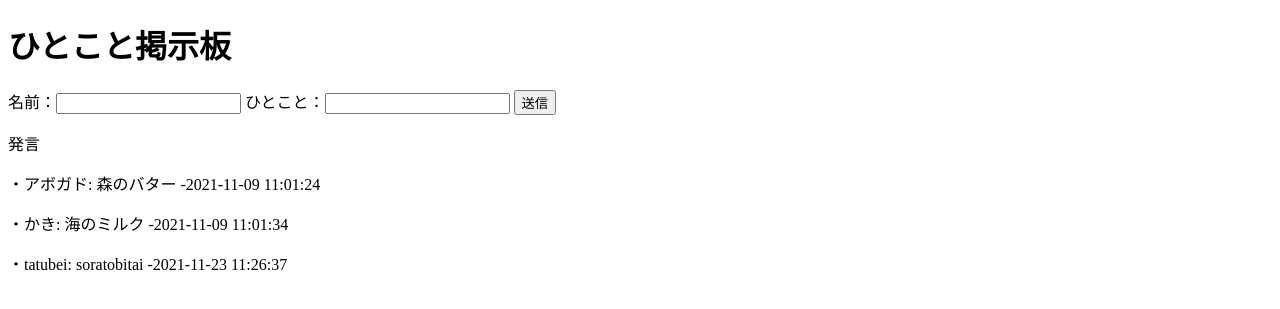
Repository: tppei/PHP
Page: http://localhost/htdocs/bbs.php
The author's editor kept a record of every edit. The page is drawn from the files as they stood at one moment, then again after the next edit.
The browser window is 1280 px wide. The pictures show the whole page.
The page is run by PHP 8.4 with error messages shown; the project is at /var/www/html/.

Above is the page before.

### htdocs/bbs.php
<?php
$filename = "./bbs.txt";
$comment = "";
$name = "";
$date = date('Y-m-d H:i:s');

    if ($_SERVER['REQUEST_METHOD'] === 'POST'){

         if(isset($_POST['name'])){
            if(mb_strlen($_POST['name']) <= 20 && mb_strlen($_POST['name']) != 0){
                $name = $_POST['name'];
            }else if(mb_strlen($_POST['name']) > 20){
                $error_name = "!!名前は文字数を20文字以下にしてください!!"."\n";
                print $error_name;
            }else if(mb_strlen($_POST['name']) === 0){
                $error_noname ="!!名前を入力してください!!"."\n";
                print $error_noname;
            }
        }

        if(isset($_POST['hitokoto'])){

            if(mb_strlen($_POST['hitokoto']) <= 100 && mb_strlen($_POST['hitokoto']) != 0){
                $comment = $_POST['hitokoto'];
            }else if(mb_strlen($_POST['hitokoto']) > 100 ){
                $error_comment = "!!コメントは文字数を100文字以下にしてください!!"."\n";
                print $error_comment;
            }else if(mb_strlen($_POST['hitokoto']) === 0){
                $error_nocomment = "!!コメントを入力してください!!"."\n";
                print $error_nocomment;
            }
        }


    }

    if($comment && $name){
        $hatugen = $name.":"."\t".$comment."\t".'-'.$date."\n";
        $fp = fopen($filename,'a');
            if($fp){
                if(!fwrite($fp,$hatugen)){
                print 'ファイル書き込み失敗: ';
                }
            fclose($fp);
            }
    }

$data =[];

    if(is_readable($filename)){
        $fp = fopen($filename,"r");
        if($fp){
            while(($tmp=fgets($fp))){
              $data[] = htmlspecialchars($tmp,ENT_QUOTES,"UTF-8");
            }
            fclose($fp);
        }
    }
?>

<!DOCTYPE html>
<html lang='ja'>
    <head>
        <meta charset="UTF-8">
        <title>ひとこと掲示板サイト</title>
    </head>
    <body>
        <h1>ひとこと掲示板</h1>
        <form method="post">
            <label for="name">名前：<input type="text" name="name"></label>
            <label for="hitokoto">ひとこと：<input type="text" name="hitokoto"></label>
            <input type="submit" value="送信">
        </form>
        <p>発言</p>
        <?php
            foreach ($data as $go) {
            print "<p>"."・".$go."</p>" ;
         }
         ?>
    </body>
</html>

### htdocs/bbs.txt
アボガド:	森のバター	-2021-11-09 11:01:24
かき:	海のミルク	-2021-11-09 11:01:34
tatubei:	soratobitai	-2021-11-23 11:26:37

After the next edit:
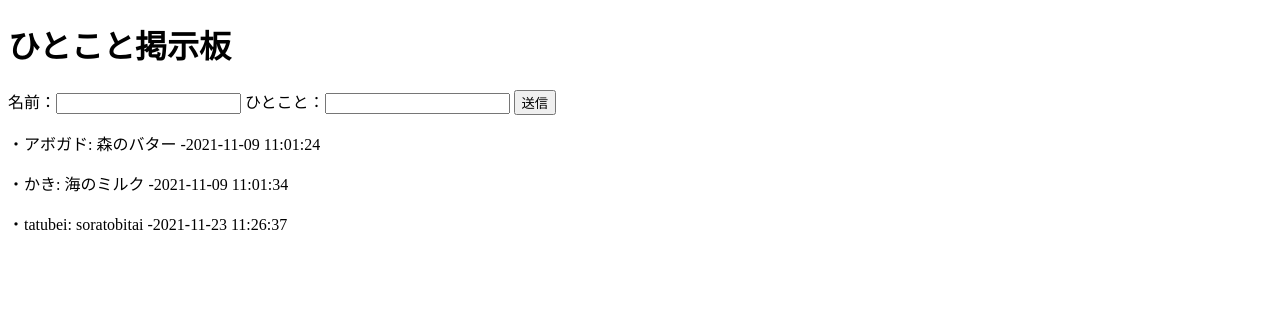
The edit:
--- a/htdocs/bbs.php
+++ b/htdocs/bbs.php
@@ -71,7 +71,6 @@
             <label for="hitokoto">ひとこと：<input type="text" name="hitokoto"></label>
             <input type="submit" value="送信">
         </form>
-        <p>発言</p>
         <?php
             foreach ($data as $go) {
             print "<p>"."・".$go."</p>" ;
